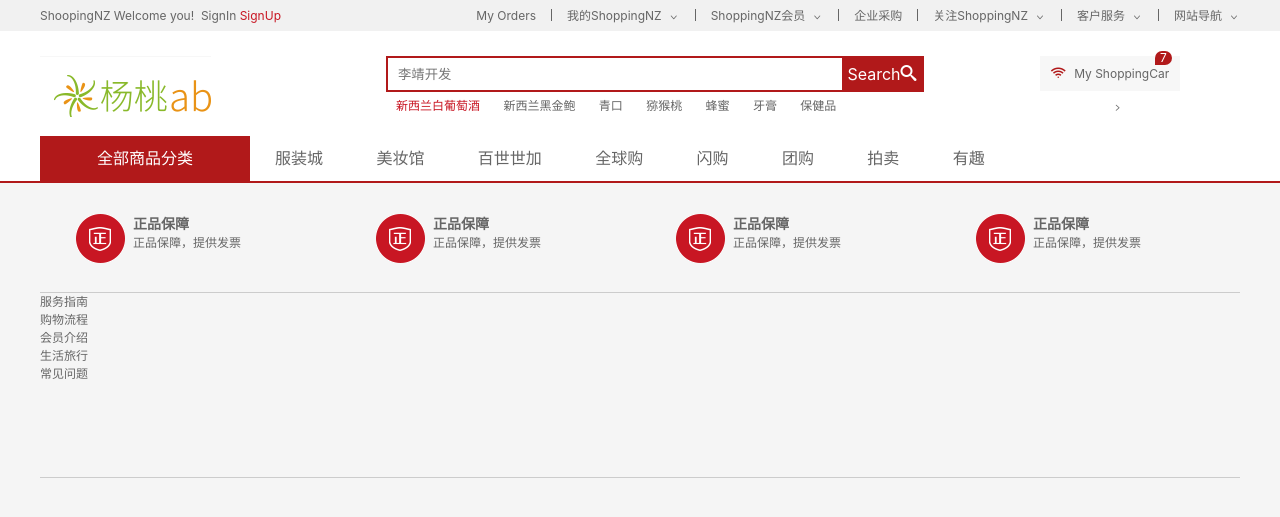
Repository: Jasonlee6789/shoppingWeb
Page: index.html
The author's editor kept a copy of each file at every save. The page is drawn from the files as they stood at one save, then again after the next save.
The browser window is 1280 px wide. The pictures show the whole page.

Above is the page before, as saved 2020-05-28 17:20:21.

After the next save:
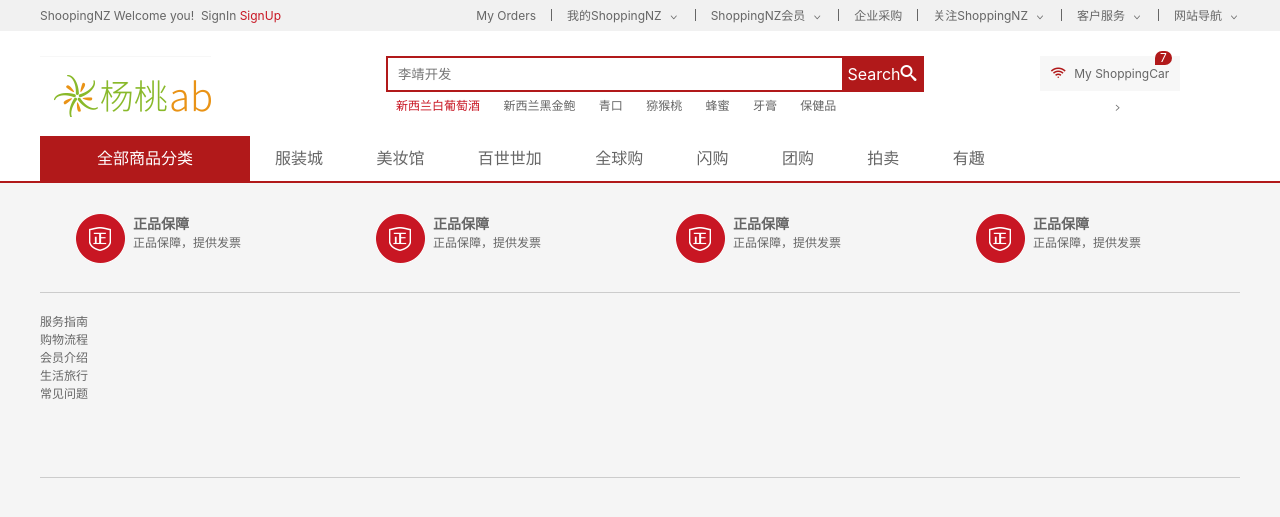
Saved 11 s later.
--- a/css/common.css
+++ b/css/common.css
@@ -277,4 +277,5 @@
 .mod_help {
     height: 185px;
     border-bottom: 1px solid #ccc;
-}
+    padding-top: 20px;
+}
